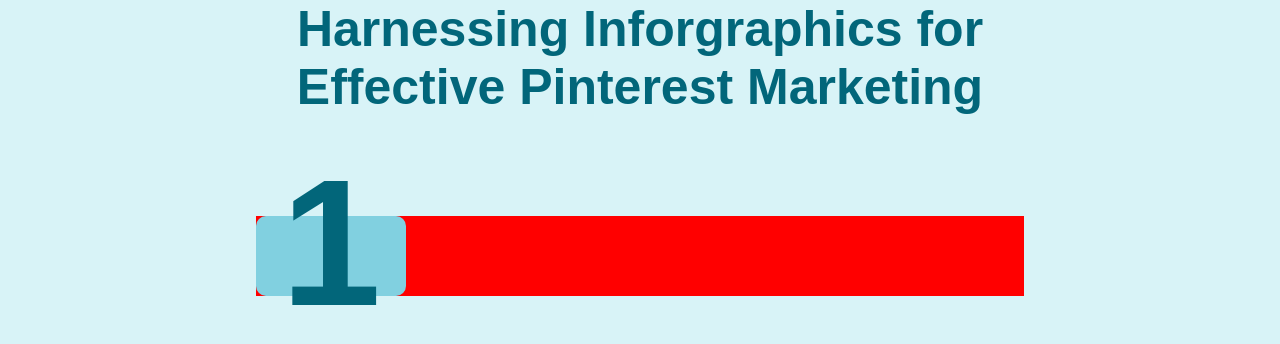
Repository: ayushrajput545/InforGraphic-page
Page: index.html
An editor plug-in stored every save of this project. The page is shown before and after a run of saves, followed by the edit.
The browser window is 1280 px wide. The pictures show the whole page.
Some web fonts or font styles are not loaded; a fallback is used.

Above is the page before, as saved 2025-04-01 22:01:41.

### index.html
<!DOCTYPE html>
<html lang="en">
<head>
    <meta charset="UTF-8">
    <meta name="viewport" content="width=device-width, initial-scale=1.0">
    <link rel="stylesheet" href="style.css">
    <link rel="preconnect" href="https://fonts.googleapis.com">
    <link rel="preconnect" href="https://fonts.gstatic.com" crossorigin>
    <link href="https://fonts.googleapis.com/css2?family=Protest+Riot&display=swap" rel="stylesheet">
</head>
<body>

    <h1 class="header">Harnessing Inforgraphics for Effective Pinterest Marketing</h1>



    <div class="container">

        <div class="overlap">
            <h1 class="steps">1</h1>
        </div>


    </div>

</body>
</html>

### style.css
*{
    margin: 0;
    padding: 0;
    box-sizing: border-box;
}

body{
    background-color: #d8f3f7;;
}

.header{
    font-family: "Protest Riot", sans-serif;
    text-align: center;
    max-width: 60%;
    margin: auto;
    font-size: 50px;
    font-weight: bold;
    color: #02667a;
}

.container{
    position: relative;
    width: 60%;
    margin: auto;
    background-color: red;
    margin-top: 100px;
}

.overlap{
    background-color: #81d0e0;
    width: 150px;
    height: 80px;
    position: relative;
    z-index: 1;
    display: flex;
    justify-content: center;
    border-radius: 10px;
}

.steps{
    font-family: "Protest Riot", sans-serif;
    font-size: 180px;
    font-weight: bold;
    color: #02667a;
    position: absolute;
    z-index: 2;
    bottom: -50px;


}

After the next 7 saves:
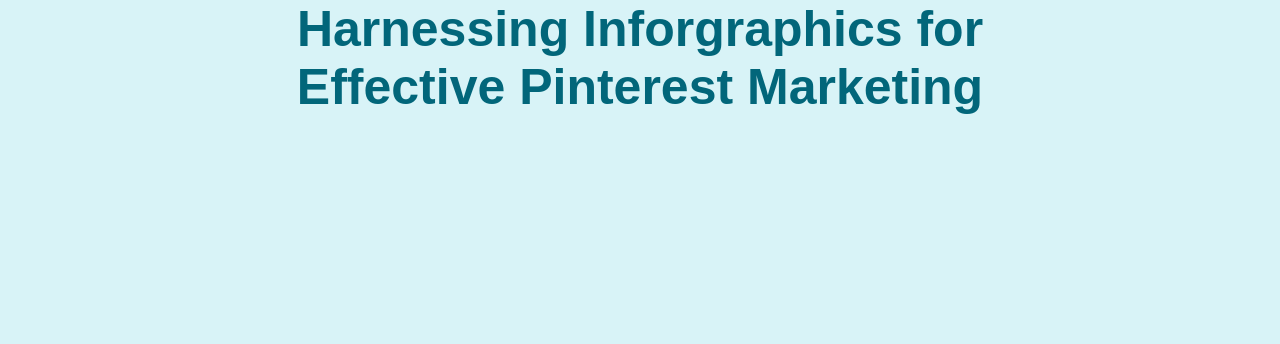
The 7 saves are shown as one change because they came seconds apart.
The last was saved 28 s later.
--- a/index.html
+++ b/index.html
@@ -16,9 +16,14 @@
 
     <div class="container">
 
-        <div class="overlap">
-            <h1 class="steps">1</h1>
+        <div>
+
+
+
+
         </div>
+
+
 
 
     </div>

After the save that followed:
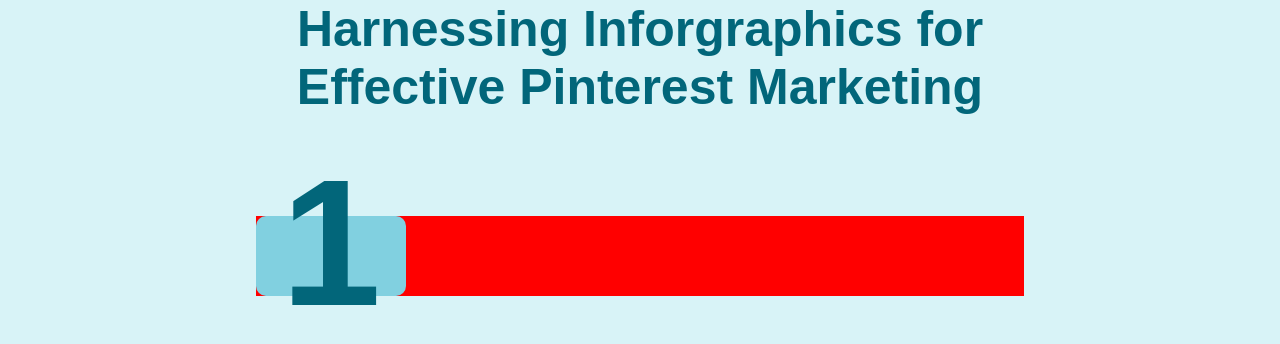
Saved 4 s later.
--- a/index.html
+++ b/index.html
@@ -18,12 +18,11 @@
 
         <div>
 
-
-
-
         </div>
 
-
+        <div class="overlap">
+            <h1 class="steps">1</h1>
+        </div>
 
 
     </div>
